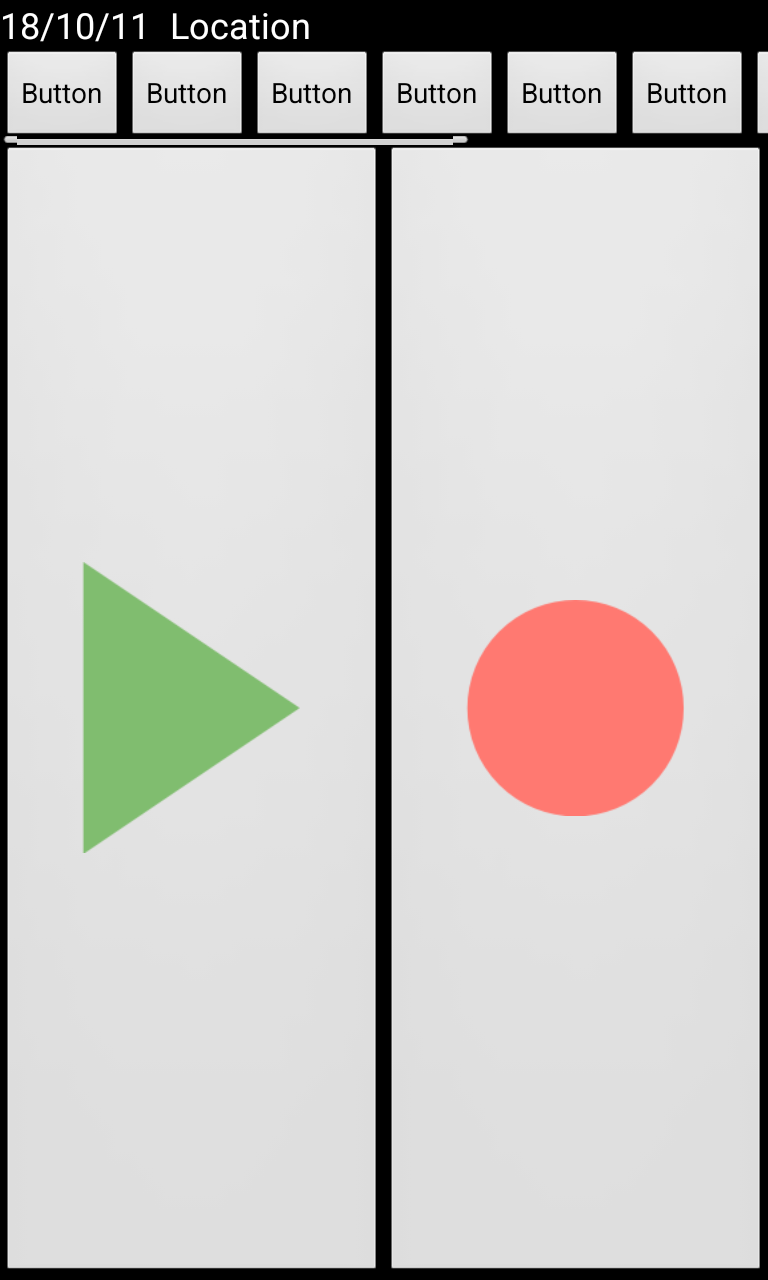
Repository: aikuma/aikuma
Layout: BOLDApp/res/layout/listen.xml
The author's editor kept a copy of each file at every save. The layout is drawn from the files as they stood at one save, then again after the next save.
It is drawn on a 768 x 1280 px phone screen (xhdpi) without system bars, with theme android:Theme; the app's code is not run.

Above is the layout before, as saved 2011-07-29 03:08:26.

### BOLDApp/res/layout/listen.xml
<?xml version="1.0" encoding="utf-8"?>
<LinearLayout xmlns:android="http://schemas.android.com/apk/res/android"
    android:layout_width="fill_parent"
    android:layout_height="fill_parent"
    android:orientation="vertical" android:baselineAligned="false">
    <LinearLayout android:layout_width="match_parent" android:id="@+id/linearLayout1" android:layout_height="wrap_content" android:layout_weight="0">
        <TextView android:layout_width="wrap_content" android:text="18/10/11" android:textAppearance="?android:attr/textAppearanceMedium" android:id="@+id/textView1" android:layout_height="wrap_content" android:layout_gravity="center"></TextView>
        <TextView android:layout_width="wrap_content" android:text="Location" android:textAppearance="?android:attr/textAppearanceMedium" android:layout_height="wrap_content" android:id="@+id/textView2" android:layout_marginLeft="10dip" android:layout_gravity="center"></TextView>
    </LinearLayout>
    <LinearLayout android:layout_width="match_parent" android:id="@+id/linearLayout2" android:layout_height="wrap_content" android:layout_weight="0">
        <HorizontalScrollView android:id="@+id/horizontalScrollView1" android:layout_width="wrap_content" android:layout_height="wrap_content">
            <LinearLayout android:id="@+id/linearLayout4" android:layout_width="match_parent" android:layout_height="match_parent" android:orientation="horizontal">
                <Button android:text="Button" android:id="@+id/button1" android:layout_width="wrap_content" android:layout_height="wrap_content"></Button>
                <Button android:text="Button" android:layout_height="wrap_content" android:id="@+id/button2" android:layout_width="wrap_content"></Button>
                <Button android:text="Button" android:layout_height="wrap_content" android:id="@+id/button3" android:layout_width="wrap_content"></Button>
                <Button android:text="Button" android:layout_height="wrap_content" android:id="@+id/button4" android:layout_width="wrap_content"></Button>
                <Button android:text="Button" android:layout_height="wrap_content" android:id="@+id/button5" android:layout_width="wrap_content"></Button>
                <Button android:text="Button" android:layout_height="wrap_content" android:id="@+id/button6" android:layout_width="wrap_content"></Button>
                <Button android:text="Button" android:layout_height="wrap_content" android:id="@+id/button7" android:layout_width="wrap_content"></Button>
                <Button android:text="Button" android:layout_height="wrap_content" android:id="@+id/button8" android:layout_width="wrap_content"></Button>
                <Button android:text="Button" android:layout_height="wrap_content" android:id="@+id/button10" android:layout_width="wrap_content"></Button>
                <Button android:text="Button" android:layout_height="wrap_content" android:id="@+id/button9" android:layout_width="wrap_content"></Button>
            </LinearLayout>
        </HorizontalScrollView>
    </LinearLayout>
    <LinearLayout android:layout_height="wrap_content" android:layout_width="match_parent" android:id="@+id/linearLayout3" android:layout_weight="1">
        <ImageButton android:layout_weight="1" android:layout_height="match_parent" android:layout_width="match_parent" android:layout_gravity="right" android:id="@+id/playButton" android:src="@drawable/button_play"></ImageButton>
        <ImageButton android:layout_width="match_parent" android:layout_height="match_parent" android:layout_weight="1" android:id="@+id/recordButton" android:src="@drawable/button_record" android:scaleType="center"></ImageButton>
    </LinearLayout>
</LinearLayout>

After the next save:
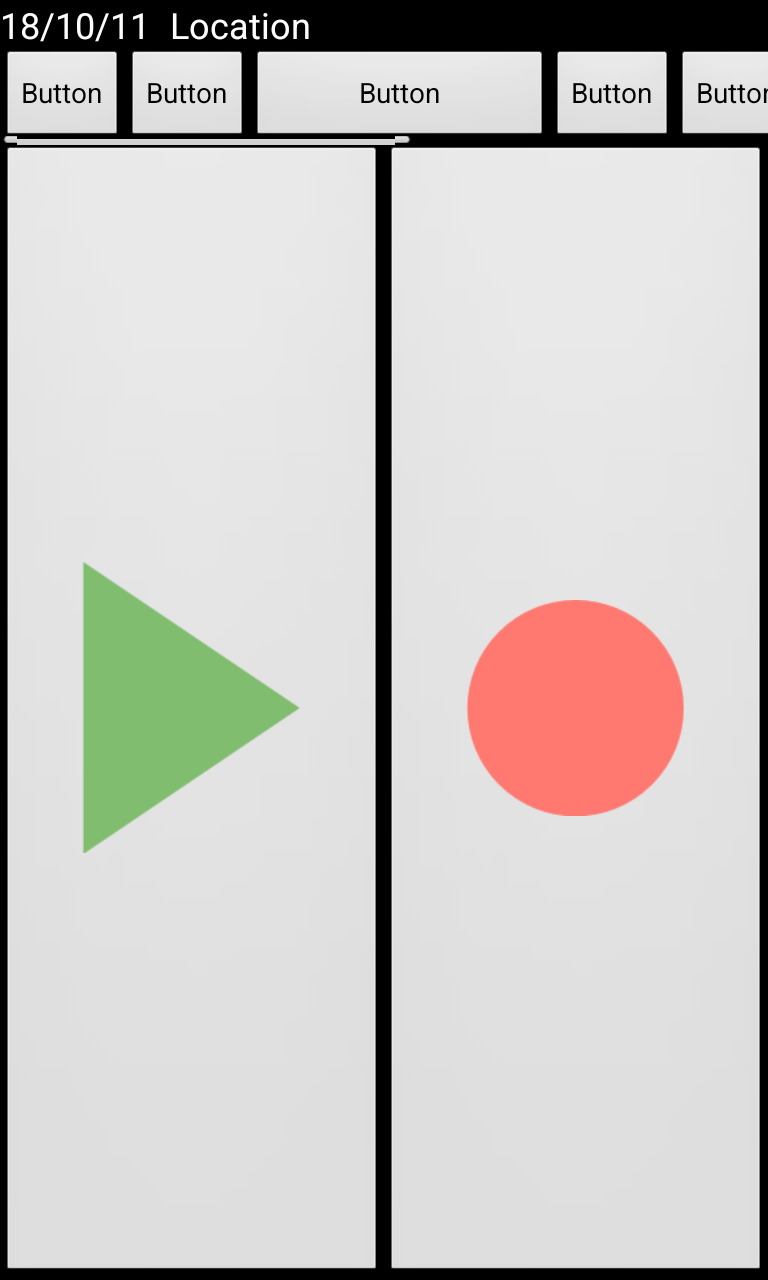
Saved 12 min 35 s later.
--- a/BOLDApp/res/layout/listen.xml
+++ b/BOLDApp/res/layout/listen.xml
@@ -12,7 +12,7 @@
             <LinearLayout android:id="@+id/linearLayout4" android:layout_width="match_parent" android:layout_height="match_parent" android:orientation="horizontal">
                 <Button android:text="Button" android:id="@+id/button1" android:layout_width="wrap_content" android:layout_height="wrap_content"></Button>
                 <Button android:text="Button" android:layout_height="wrap_content" android:id="@+id/button2" android:layout_width="wrap_content"></Button>
-                <Button android:text="Button" android:layout_height="wrap_content" android:id="@+id/button3" android:layout_width="wrap_content"></Button>
+                <Button android:text="Button" android:layout_height="wrap_content" android:id="@+id/button3" android:layout_width="150dp"></Button>
                 <Button android:text="Button" android:layout_height="wrap_content" android:id="@+id/button4" android:layout_width="wrap_content"></Button>
                 <Button android:text="Button" android:layout_height="wrap_content" android:id="@+id/button5" android:layout_width="wrap_content"></Button>
                 <Button android:text="Button" android:layout_height="wrap_content" android:id="@+id/button6" android:layout_width="wrap_content"></Button>
